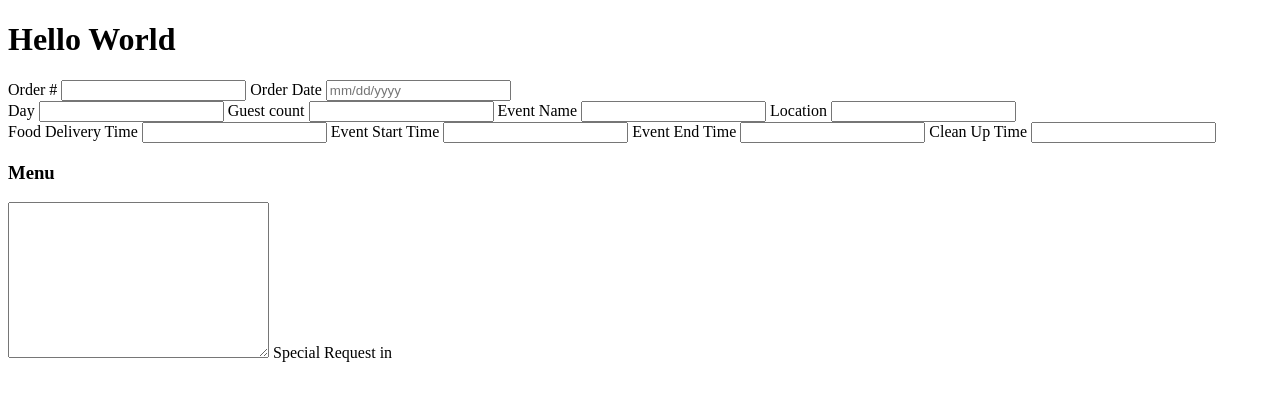
Repository: pmbyrd/rgp-catering
Page: index.html
The author's editor kept a copy of each file at every save. The page is drawn from the files as they stood at one save, then again after a run of saves.
The browser window is 1280 px wide. The pictures show the whole page.

Above is the page before, as saved 2023-12-04 17:41:58.

### index.html
<!DOCTYPE html>
<html lang="en">

<head>
    <meta charset="UTF-8">
    <meta name="viewport" content="width=device-width, initial-scale=1.0">
    <title>Document</title>
</head>

<body>
    <h1>Hello World</h1>
    <form action="">
        <div class="details">
            <div class="order-details">
                <label for="order-id">Order #</label>
                <input type="text" id="order-id">
                <label for="order-date">Order Date</label>
                <input type="text" id="order-date" placeholder="mm/dd/yyyy">
            </div>
            <div class="details-info">
                <label for="order-day">Day</label>
                <input type="text" id="order-day">
                <label for="count">Guest count</label>
                <input type="text" id="count">
                <label for="event-name">Event Name</label>
                <input type="text" id="event-name">
                <label for="location">Location</label>
                <input type="text" id="location">
            </div>
            <div class="details-times">
                <label for="delivery-time">Food Delivery Time</label>
                <input type="text" id="delivery-time">
                <label for="start-time">Event Start Time</label>
                <input type="text" id="start-time">
                <label for="end-time">Event End Time</label>
                <input type="text" id="end-time">
                <label for="clean-up-time">Clean Up Time</label>
                <input type="text" id="clean-up-time">
            </div>
        </div>
        <div class="food-order">
            <label for="menu">
                <h3>Menu</h3>
                <textarea name="" id="" cols="30" rows="10"></textarea>
            </label>
            <label for="menu-request">Special Request</label>
            in
        </div>
    </form>
    <script src="index.js"></script>
</body>

</html>

Loaded but not shown: index.js (no stored copy; drawn as an empty file)

After the next 2 saves:
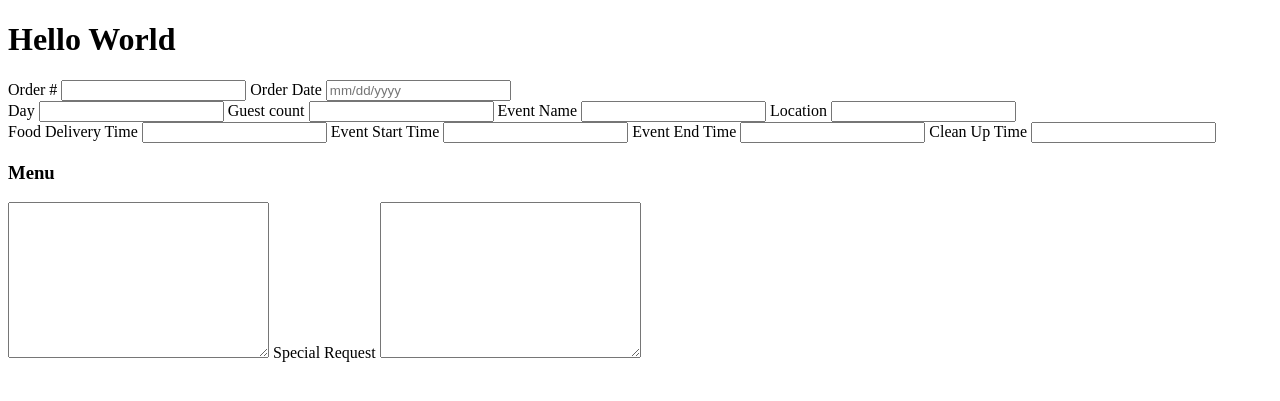
The 2 saves are shown as one change because they came seconds apart.
The last was saved 5 s later.
--- a/index.html
+++ b/index.html
@@ -44,7 +44,7 @@
                 <textarea name="" id="" cols="30" rows="10"></textarea>
             </label>
             <label for="menu-request">Special Request</label>
-            in
+            <textarea name="" id="" cols="30" rows="10"></textarea>
         </div>
     </form>
     <script src="index.js"></script>
